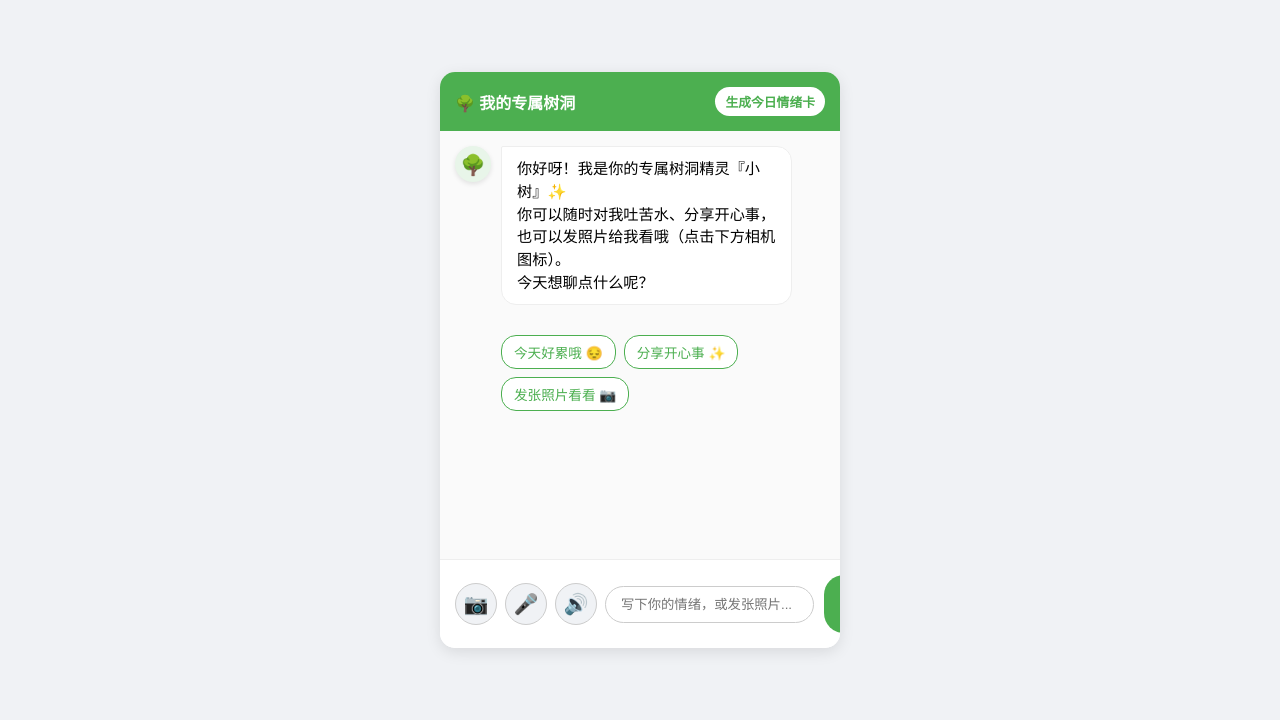
Repository: QinghuaSun1127/Tree_house
Page: index.html
An editor plug-in stored every save of this project. The page is shown before and after the next save, followed by the edit.
The browser window is 1280 px wide. The pictures show the whole page.
Some web libraries are served in a nearby version.

Above is the page before, as saved 2026-04-10 13:52:25.

### index.html
<!DOCTYPE html>
<html lang="zh-CN">

<head>
    <meta charset="UTF-8">
    <meta name="viewport" content="width=device-width, initial-scale=1.0">
    <title>AI 树洞伴侣</title>
    <script src="https://cdnjs.cloudflare.com/ajax/libs/pixi.js/7.3.2/pixi.min.js"></script>
    <link rel="manifest" href="./manifest.json">
    <meta name="theme-color" content="#4CAF50">
    <meta name="apple-mobile-web-app-capable" content="yes">
    <meta name="apple-mobile-web-app-status-bar-style" content="black">
    <meta name="apple-mobile-web-app-title" content="小树">
    <style>
        /* 1. 默认主题色（生机盎然的绿色） */
        :root {
            --bg-color: #f0f2f5;
            --header-bg: #4CAF50;
            --btn-bg: #4CAF50;
            --btn-hover: #45a049;
            --user-msg-bg: #dcf8c6;
        }

        /* 2. 阴天/压力主题（治愈的莫兰迪灰蓝色） */
        body.theme-gloomy {
            --bg-color: #e2e8f0;
            --header-bg: #64748b;
            --btn-bg: #64748b;
            --btn-hover: #475569;
            --user-msg-bg: #cbd5e1;
        }

        /* 3. 晴天/开心主题（温暖的阳光橙黄色） */
        body.theme-sunny {
            --bg-color: #fffbeb;
            --header-bg: #fbbf24;
            --btn-bg: #fbbf24;
            --btn-hover: #f59e0b;
            --user-msg-bg: #fef3c7;
        }
        body {
            font-family: 'Segoe UI', Tahoma, Geneva, Verdana, sans-serif;
            background-color: var(--bg-color); /* 换成变量 */
            transition: background-color 1.5s ease; /* 魔法渐变动画，耗时1.5秒 */
            display: flex;
            justify-content: center;
            align-items: center;
            height: 100vh;
            margin: 0;
        }

        .chat-container {
            width: 100%;
            max-width: 400px;
            background: white;
            border-radius: 15px;
            box-shadow: 0 4px 15px rgba(0, 0, 0, 0.1);
            overflow: hidden;
            display: flex;
            flex-direction: column;
            height: 80vh;
        }

        .chat-header {
            background-color: var(--header-bg); /* 换成变量 */
            transition: background-color 1.5s ease;
            /* ... 保留原有样式 ... */
            color: white;
            padding: 15px;
            display: flex;
            justify-content: space-between;
            align-items: center;
            font-weight: bold;
        }

        .summary-btn {
            background-color: white;
            color: #4CAF50;
            border: none;
            padding: 5px 10px;
            border-radius: 15px;
            cursor: pointer;
            font-size: 0.8em;
            font-weight: bold;
        }

        .summary-btn:hover {
            background-color: #f0f0f0;
        }

        .chat-box {
            flex: 1;
            padding: 15px;
            overflow-y: auto;
            display: flex;
            flex-direction: column;
            gap: 10px;
            background-color: #fafafa;
        }

        /* --- 消息容器与头像样式 --- */
        .message-wrapper {
            display: flex;
            align-items: flex-start;
            margin-bottom: 15px;
            gap: 10px;
        }

        .user-wrapper {
            flex-direction: row-reverse;
        }

        .ai-wrapper {
            flex-direction: row;
        }

        .avatar {
            width: 36px;
            height: 36px;
            border-radius: 50%;
            display: flex;
            justify-content: center;
            align-items: center;
            font-size: 20px;
            background-color: #eee;
            flex-shrink: 0;
            box-shadow: 0 2px 5px rgba(0, 0, 0, 0.1);
        }

        .ai-avatar {
            background-color: #e8f5e9;
        }

        .user-avatar {
            background-color: #e3f2fd;
        }

        /* --- 气泡样式优化 --- */
        .message {
            max-width: 70%;
            padding: 10px 15px;
            border-radius: 15px;
            line-height: 1.5;
            font-size: 0.95em;
            word-wrap: break-word;
        }

        .user-message {
            background-color: var(--user-msg-bg); /* 换成变量 */
            transition: background-color 1.5s ease;
            border-top-right-radius: 2px;
        }
        [id^="img-"] {
            margin-top: 8px;
            border-radius: 8px;
            overflow: hidden;
            cursor: crosshair;

            /* ✅ 最大宽度限制，让高度自动按比例适配 */
            max-width: 260px;
            display: inline-block;
            background-color: #eee;
            line-height: 0;
        }

        .ai-message {
            background-color: #ffffff;
            border: 1px solid #eee;
            border-top-left-radius: 2px;
        }

        /* --- 快捷引导气泡样式 --- */
        .quick-replies {
            display: flex;
            flex-wrap: wrap;
            gap: 8px;
            margin-top: 5px;
            margin-left: 46px;
        }

        .quick-btn {
            background-color: #fff;
            border: 1px solid #4CAF50;
            color: #4CAF50;
            padding: 6px 12px;
            border-radius: 15px;
            font-size: 0.85em;
            cursor: pointer;
            transition: all 0.2s;
        }

        .quick-btn:hover {
            background-color: #4CAF50;
            color: #fff;
        }

        .summary-message {
            background-color: #fff3cd;
            border: 1px solid #ffeeba;
            color: #856404;
            align-self: center;
            width: 90%;
            text-align: center;
            font-size: 0.9em;
            border-radius: 10px;
        }

        /* --- 底部输入区样式 --- */
        .input-area {
            display: flex;
            padding: 15px;
            background: white;
            border-top: 1px solid #eee;
            align-items: center;
        }

        input[type="text"] {
            flex: 1;
            padding: 10px 15px;
            border: 1px solid #ccc;
            border-radius: 20px;
            outline: none;
        }

        button.send-btn {
            background-color: #4CAF50;
            color: white;
            border: none;
            padding: 10px 20px;
            margin-left: 10px;
            border-radius: 20px;
            cursor: pointer;
            font-weight: bold;
        }

        button.upload-btn {
            background-color: #f0f2f5;
            color: #555;
            border: 1px solid #ccc;
            width: 42px;
            height: 42px;
            display: flex;
            justify-content: center;
            align-items: center;
            line-height: 1;
            padding: 0;
            flex-shrink: 0;
            border-radius: 50%;
            cursor: pointer;
            margin-right: 8px;
            font-size: 20px;
            outline: none;
        }

        button.upload-btn:hover {
            background-color: #e4e6e9;
        }

        /* 录音呼吸灯动画 */
        .recording {
            background-color: #ffcccc !important;
            color: red !important;
            animation: pulse 1.5s infinite;
        }

        @keyframes pulse {
            0% {
                transform: scale(1);
            }

            50% {
                transform: scale(1.1);
            }

            100% {
                transform: scale(1);
            }
        }
    </style>
</head>

<body>
    <div class="chat-container">
        <div class="chat-header">
            <span>🌳 我的专属树洞</span>
            <button class="summary-btn" onclick="getSummary()">生成今日情绪卡</button>
        </div>

        <div class="chat-box" id="chatBox">
            <div class="message-wrapper ai-wrapper">
                <div class="avatar ai-avatar">🌳</div>
                <div class="message ai-message">
                    你好呀！我是你的专属树洞精灵『小树』✨<br>
                    你可以随时对我吐苦水、分享开心事，也可以发照片给我看哦（点击下方相机图标）。<br>
                    今天想聊点什么呢？
                </div>
            </div>
            <div class="quick-replies" id="quickReplies">
                <button class="quick-btn" onclick="sendQuickReply('哎，我今天真的好累哦😔')">今天好累哦 😔</button>
                <button class="quick-btn" onclick="sendQuickReply('遇到一件超开心的事情！✨')">分享开心事 ✨</button>
                <button class="quick-btn" onclick="document.getElementById('imageInput').click()">发张照片看看 📷</button>
            </div>
        </div>

        <div id="imagePreviewContainer" style="display: none; padding: 0 15px 10px; background: white;">
            <img id="imagePreview" style="max-height: 60px; border-radius: 8px; border: 1px solid #ccc;">
            <span style="cursor:pointer; color:red; margin-left:10px;" onclick="clearImage()">✖ 取消图片</span>
        </div>

    <div class="input-area">
        <input type="file" id="imageInput" accept="image/*" style="display: none;" onchange="previewImage()">
        <button class="upload-btn" onclick="document.getElementById('imageInput').click()">📷</button>
        <button class="upload-btn" id="micBtn" onclick="toggleVoice()" title="点击开始/停止说话">🎤</button>

        <button class="upload-btn" id="speakerBtn" onclick="toggleVoiceOutput()" title="开启/关闭语音播报">🔊</button>

        <input type="text" id="userInput" placeholder="写下你的情绪，或发张照片..." onkeypress="handleKeyPress(event)">
        <button class="send-btn" onclick="sendMessage()">发送</button>
    </div>
    </div>

    <script>
    // === 1. 全局变量区 ===
    let fullChatHistory = "";
    let currentImageDataUrl = null;
    let recognition;
    let isRecording = false;
    let isVoiceOn = true;

    // === 2. 语音合成 (TTS) 与 开关逻辑 ===
    function toggleVoiceOutput() {
        isVoiceOn = !isVoiceOn;
        const speakerBtn = document.getElementById('speakerBtn');
        if (isVoiceOn) {
            speakerBtn.innerText = '🔊';
        } else {
            speakerBtn.innerText = '🔇';
            if ('speechSynthesis' in window) window.speechSynthesis.cancel();
        }
    }

    function speakText(text) {
        if (!isVoiceOn) return;
        if ('speechSynthesis' in window) {
            window.speechSynthesis.cancel();
            let cleanText = text
                .replace(/[\uD800-\uDBFF][\uDC00-\uDFFF]|[\u2600-\u27ff]/g, '')
                .replace(/\n/g, '，')
                .replace(/\.(gif|png|jpg|jpeg|webp)/gi, '')
                .replace(/http[s]?:\/\/\S+/g, '');
            const utterance = new SpeechSynthesisUtterance(cleanText);
            utterance.lang = 'zh-CN';
            utterance.rate = 1.0;
            utterance.pitch = 1.1;
            const voices = window.speechSynthesis.getVoices();
            const bestVoice = voices.find(v => v.lang === 'zh-CN' && v.name.includes('Xiaoxiao')) || voices.find(v => v.lang === 'zh-CN');
            if (bestVoice) utterance.voice = bestVoice;
            window.speechSynthesis.speak(utterance);
        }
    }

    // === 3. 语音识别 (STT) 录音逻辑 ===
    if ('webkitSpeechRecognition' in window || 'SpeechRecognition' in window) {
        const SpeechRecognition = window.SpeechRecognition || window.webkitSpeechRecognition;
        recognition = new SpeechRecognition();
        recognition.continuous = false;
        recognition.interimResults = false;
        recognition.lang = 'zh-CN';
        recognition.onstart = function () {
            isRecording = true;
            document.getElementById('micBtn').classList.add('recording');
            document.getElementById('userInput').placeholder = "正在倾听，请说话...";
        };
        recognition.onresult = function (event) {
            document.getElementById('userInput').value += event.results[0][0].transcript;
        };
        recognition.onerror = function (event) {
            if (event.error === 'not-allowed') alert("无法录音，请允许麦克风权限！");
        };
        recognition.onend = function () {
            isRecording = false;
            document.getElementById('micBtn').classList.remove('recording');
            document.getElementById('userInput').placeholder = "写下你的情绪，或发张照片...";
        };
    }

    function toggleVoice() {
        if (!recognition) {
            alert("抱歉，您的浏览器不支持语音输入。");
            return;
        }
        isRecording ? recognition.stop() : recognition.start();
    }

    // === 4. 图片预览与取消 ===
   // === 4. 图片预览与预处理漏斗 (进化版：维持比例、縮減 Base64 大小) ===
    function previewImage() {
        const file = document.getElementById('imageInput').files[0];
        if (!file) return;

        const reader = new FileReader();
        reader.onload = function (e) {
            // 1. 先用原图显示预览，让用户觉得很快
            const tempImageData = e.target.result;
            document.getElementById('imagePreview').src = tempImageData;
            document.getElementById('imagePreviewContainer').style.display = 'block';
            document.getElementById('micBtn').classList.add('recording'); // 这里加个录音呼吸动画表示正在“智能处理”
            document.getElementById('userInput').placeholder = "正在智能处理图片细节...";

            // ==========================================
            // 👇 核心魔法：使用 Canvas 在本地对原图进行降维处理
            // ==========================================
            const img = new Image();
            img.src = tempImageData;

            img.onload = function () {
                console.log(`📸 原图尺寸: ${img.width}x${img.height}。开始应用 CV 选修课预处理算法...`);

                // A. 计算原图长宽比
                const aspectRatio = img.width / img.height;
                const MAX_DIMENSION = 1024; // 设定目标最大分辨率，兼顾网络和识别率
                let targetWidth, targetHeight;

                // B. 动态计算缩放后的尺寸（维持原比例）
                if (img.width > img.height) {
                    targetWidth = MAX_DIMENSION;
                    targetHeight = Math.round(MAX_DIMENSION / aspectRatio);
                } else {
                    targetHeight = MAX_DIMENSION;
                    targetWidth = Math.round(MAX_DIMENSION * aspectRatio);
                }

                // C. 创建画布进行重采样渲染
                const canvas = document.createElement('canvas');
                canvas.width = targetWidth;
                canvas.height = targetHeight;
                const ctx = canvas.getContext('2d');

                // D. 使用 Canvas 的高质量绘制模式，严禁模糊
                ctx.imageSmoothingEnabled = true;
                ctx.imageSmoothingQuality = 'high';
                ctx.drawImage(img, 0, 0, targetWidth, targetHeight);

                // E. 生成干净、小巧且高细节的最终 Base64 数据
                // 并指定 0.8 的高质量压缩比，体积比原来小 90%！
                currentImageDataUrl = canvas.toDataURL('image/jpeg', 0.8);

                console.log(`✨ 預处理完毕！新尺寸: ${targetWidth}x${targetHeight}。Base64 体积已剧减。`);

                document.getElementById('micBtn').classList.remove('recording');
                document.getElementById('userInput').placeholder = "写下你的情绪，或发张照片...";
            };
        };
        reader.readAsDataURL(file);
    }

    function clearImage() {
        currentImageDataUrl = null;
        document.getElementById('imageInput').value = '';
        document.getElementById('imagePreviewContainer').style.display = 'none';
    }

    // === 5. 聊天快捷键与引导按钮 ===
    function sendQuickReply(text) {
        document.getElementById('userInput').value = text;
        sendMessage();
        const quickReplies = document.getElementById('quickReplies');
        if (quickReplies) quickReplies.style.display = 'none';
    }

    function handleKeyPress(event) {
        if (event.key === 'Enter') sendMessage();
    }

    // === 6. 核心：发送消息 (彻底修复幽灵Bug版) ===
    async function sendMessage() {
        const inputField = document.getElementById('userInput');
        const chatBox = document.getElementById('chatBox');
        const text = inputField.value.trim();

        if (!text && !currentImageDataUrl) return;

        const quickReplies = document.getElementById('quickReplies');
        if (quickReplies) quickReplies.style.display = 'none';

        const imageId = 'img-' + Date.now();
        let imageHTML = currentImageDataUrl ? `<div id="${imageId}" style="margin-top: 8px; border-radius: 8px; overflow: hidden; cursor: crosshair;"></div>` : '';

        let userMessageHTML = `
            <div class="message-wrapper user-wrapper">
                <div class="avatar user-avatar">👤</div>
                <div class="message user-message">
                    ${text}
                    ${imageHTML}
                </div>
            </div>`;

        chatBox.insertAdjacentHTML('beforeend', userMessageHTML);

        fullChatHistory += `用户说：${text}\n`;
        inputField.value = '';
        chatBox.scrollTop = chatBox.scrollHeight;

        if (currentImageDataUrl) {
            create3DPhoto(imageId, currentImageDataUrl);
        }

        const loadingId = 'loading-' + Date.now();
        let aiLoadingHTML = `
            <div class="message-wrapper ai-wrapper">
                <div class="avatar ai-avatar">🌳</div>
                <div class="message ai-message" id="${loadingId}">小树正在敲字...</div>
            </div>`;

        chatBox.insertAdjacentHTML('beforeend', aiLoadingHTML);
        chatBox.scrollTop = chatBox.scrollHeight;

        try {
            const response = await fetch('http://127.0.0.1:8000/chat', {
                method: 'POST',
                headers: { 'Content-Type': 'application/json' },
                body: JSON.stringify({
                    text: text,
                    image_url: currentImageDataUrl
                })
            });

            const data = await response.json();
            document.getElementById(loadingId).innerText = data.reply;
            fullChatHistory += `小树回复：${data.reply}\n`;

            if (typeof speakText === 'function') speakText(data.reply);

        } catch (error) {
            document.getElementById(loadingId).innerText = "（哎呀，小树的信号断啦，检查一下服务器哦）";
        }

        clearImage();
        chatBox.scrollTop = chatBox.scrollHeight;
    }

   // === 7. 视觉魔法：生成并渲染 3D 照片 (进化版：动态适配原图长宽比) ===
    async function create3DPhoto(containerId, originalBase64) {
        const container = document.getElementById(containerId);
        container.innerHTML = "<div style='font-size:0.9em; color:#888; padding:20px; text-align:center;'>Loading 3D Scene...</div>";

        try {
            // 1. 向后端索要深度图
            const response = await fetch('http://127.0.0.1:8000/generate_depth', {
                method: 'POST',
                headers: { 'Content-Type': 'application/json' },
                body: JSON.stringify({ image_url: originalBase64 })
            });

            if (!response.ok) throw new Error("后端接口返回错误");
            const data = await response.json();
            const depthBase64 = data.depth_map;

            // 2. 核心魔法：等待图片加载，并捕获它们真实的物理长宽
            const waitImageLoad = (src) => new Promise(res => { const img = new Image(); img.onload = () => res(img); img.src = src; });
            const [originalImgObj, depthImgObj] = await Promise.all([waitImageLoad(originalBase64), waitImageLoad(depthBase64)]);

            // 3. 动态计算舞台的物理尺寸：固定最大宽度 260px，高度自适应长宽比
            const appWidth = 260; // 我们给 PWA 定义的最大宽度
            const aspectRatio = originalImgObj.width / originalImgObj.height; // 获取图片真实的长宽比
            const appHeight = Math.round(appWidth / aspectRatio); // 动态计算高度

            console.log(`🌳 为 3D 精灵动态创建一个符合原比例 (${originalImgObj.width}x${originalImgObj.height}) 的 WebGL 舞台: ${appWidth}x${appHeight}...`);

            container.innerHTML = "";

            // 4. 初始化符合真实长宽比的 Pixi v7 渲染引擎
            const app = new PIXI.Application({
                width: appWidth,
                height: appHeight,
                backgroundAlpha: 0,
                // resolution: window.devicePixelRatio || 1, // 这里视情况决定，如果是 CPU 后端计算，开启高清会变卡，建议先关闭
                autoDensity: true
            });
            container.appendChild(app.view);

            const imgTexture = PIXI.Texture.from(originalBase64);
            const depthTexture = PIXI.Texture.from(depthBase64);

            const imgSprite = new PIXI.Sprite(imgTexture);
            const depthSprite = new PIXI.Sprite(depthTexture);

            // ✅ 严禁硬编码拉伸！将 Sprite 尺寸完全设置为动态计算出的 app 长宽
            imgSprite.width = appWidth;
            imgSprite.height = appHeight;
            depthSprite.width = appWidth;
            depthSprite.height = appHeight;

            app.stage.addChild(imgSprite);
            app.stage.addChild(depthSprite);

            const displacementFilter = new PIXI.DisplacementFilter(depthSprite);
            app.stage.filters = [displacementFilter];
            displacementFilter.scale.x = 0;
            displacementFilter.scale.y = 0;

            container.addEventListener('mousemove', (e) => {
                const rect = container.getBoundingClientRect();
                const x = ((e.clientX - rect.left) / rect.width - 0.5) * 2;
                const y = ((e.clientY - rect.top) / rect.height - 0.5) * 2;
                // 如果你调整了 appWidth/appHeight，可以适当调整这里的系数来改变 3D 深度感
                displacementFilter.scale.x = -x * 15;
                displacementFilter.scale.y = -y * 15;
            });

            container.addEventListener('mouseleave', () => {
                displacementFilter.scale.x = 0;
                displacementFilter.scale.y = 0;
            });

        } catch (err) {
            console.error("❌ 3D 渲染失败:", err);
            container.innerHTML = "<img src='" + originalBase64 + "' style='max-width:260px; border-radius:8px;'>";
        }
    }

    // === 8. 情绪色调与总结卡片 ===
    async function getSummary() {
        if (fullChatHistory === "") {
            alert("我们还没有聊天呢，先跟我说说话吧！");
            return;
        }
        const chatBox = document.getElementById('chatBox');
        const loadingId = 'summary-loading-' + Date.now();

        // 修复幽灵Bug，同样使用 insertAdjacentHTML
        chatBox.insertAdjacentHTML('beforeend', `<div class="message summary-message" id="${loadingId}">正在生成您的专属情绪报告...</div>`);
        chatBox.scrollTop = chatBox.scrollHeight;

        try {
            const response = await fetch('http://127.0.0.1:8000/summary', {
                method: 'POST',
                headers: { 'Content-Type': 'application/json' },
                body: JSON.stringify({ chat_history: fullChatHistory })
            });

            const data = await response.json();
            let rawSummary = data.summary;
            let themeToApply = 'theme-default';

            const themeMatch = rawSummary.match(/\[(theme-[a-z]+)\]/);
            if (themeMatch) {
                themeToApply = themeMatch[1];
                rawSummary = rawSummary.replace(themeMatch[0], '').trim();
            }

            document.body.className = '';
            document.body.classList.add(themeToApply);

            document.getElementById(loadingId).innerHTML = "<strong>🌟 今日心境报告 🌟</strong><br>" + rawSummary.replace(/\n/g, '<br>');
            if (typeof speakText === 'function') speakText(rawSummary);

        } catch (error) {
            document.getElementById(loadingId).innerText = "生成情绪报告失败，请重试。";
        }
        chatBox.scrollTop = chatBox.scrollHeight;
    }

    // === 9. PWA 注册 ===
    if ('serviceWorker' in navigator) {
        window.addEventListener('load', () => {
            navigator.serviceWorker.register('./sw.js').catch(err => console.log('本地测试可忽略此报错'));
        });
    }
    </script>
</body>

</html>

After the next save:
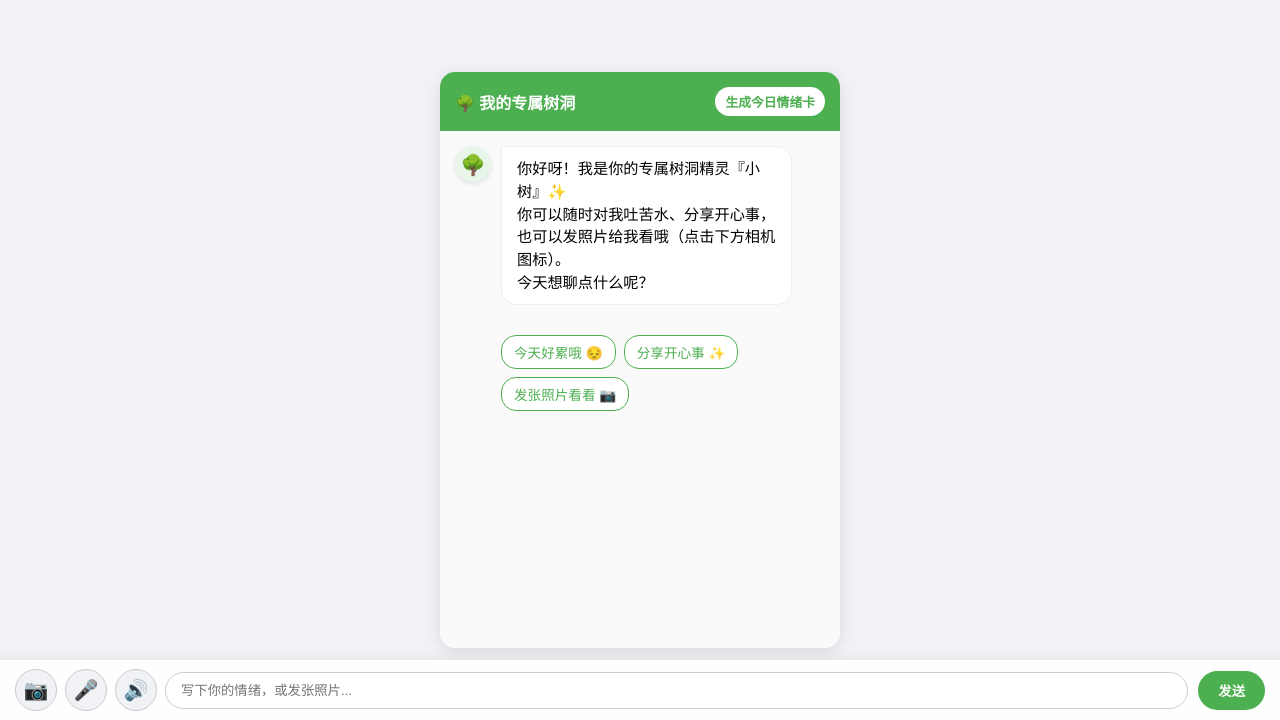
Saved 16 min 6 s later.
--- a/index.html
+++ b/index.html
@@ -206,14 +206,24 @@
         }
 
         /* --- 底部输入区样式 --- */
-        .input-area {
-            display: flex;
-            padding: 15px;
-            background: white;
-            border-top: 1px solid #eee;
-            align-items: center;
-        }
-
+       .input-area {
+            position: fixed; /* 固定位置 */
+            bottom: 0;       /* 在最底部 */
+            left: 0;
+            width: 100%;     /* 铺满屏幕宽度 */
+            height: 60px;    /* 固定高度，看起来更整齐 */
+
+            /* 👇 ✅ 魔法第一步：开启弹性盒子布局 */
+            display: flex;
+            align-items: center; /* 垂直居中 */
+            justify-content: space-between; /* 元素两端对齐 */
+
+            background-color: #fefefe; /* 纯白背景 */
+            padding: 0 15px; /* 两侧留白 */
+            box-shadow: 0 -2px 10px rgba(0,0,0,0.05); /* 淡淡的顶部阴影 */
+            z-index: 1000;   /* 确保在最顶层 */
+            box-sizing: border-box; /* ✅ 关键：确保 padding 不会把宽度撑大 */
+        }
         input[type="text"] {
             flex: 1;
             padding: 10px 15px;
